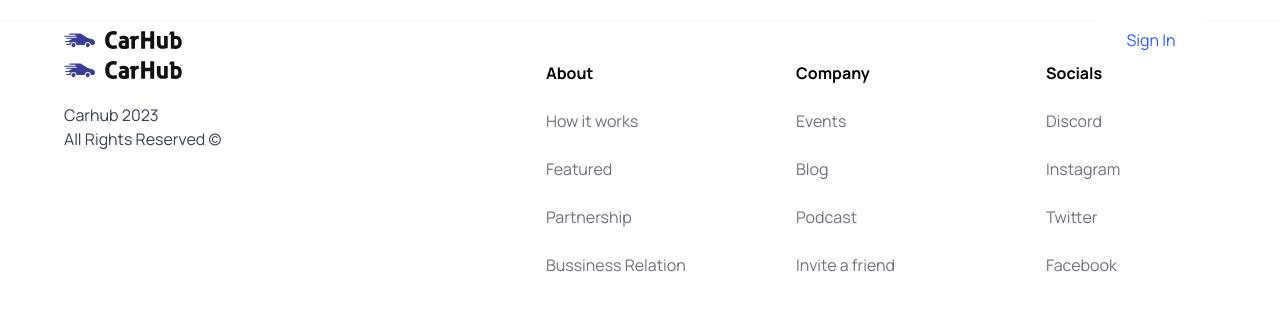
Repository: nika-otter/Car
Page: /
The author's editor kept a copy of each file at every save. The page is drawn from the files as they stood at one save, then again after the next save.
The browser window is 1280 px wide. The pictures show the whole page.
The project was rebuilt for these pictures with package versions that can differ from the ones it lists, and the page was loaded fresh each time. The framework's server and built-in components were replaced by stand-ins that run in the browser. Also part of the build but not shown: next.config.js, components/Hero.tsx.

Above is the page before, as saved 2023-08-11 16:51:18.

After the next save:
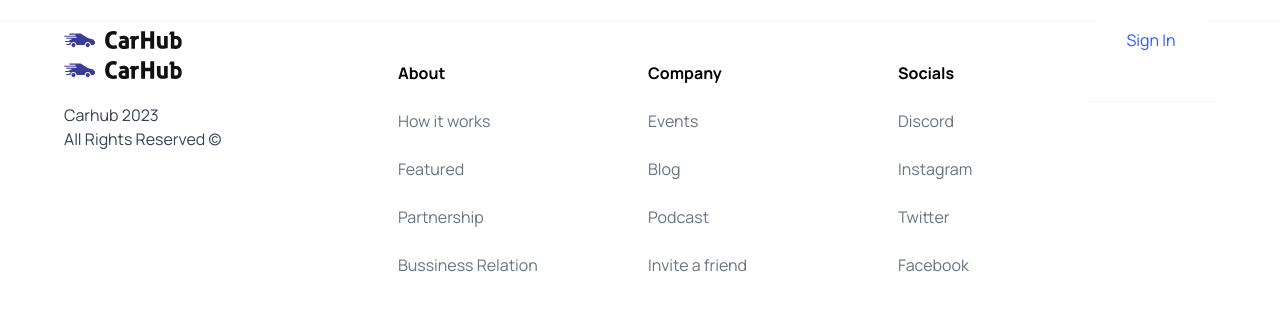
Saved 97 s later.
--- a/components/Footer.tsx
+++ b/components/Footer.tsx
@@ -24,6 +24,7 @@
             </div>
           ) )}
         </div>
+        <div className="flex justify-between items-center flex-wrap mt-10 border-t border-gray-100 sm:px-16 px-6 py-10"></div>
       </div>
     </footer>
   )
